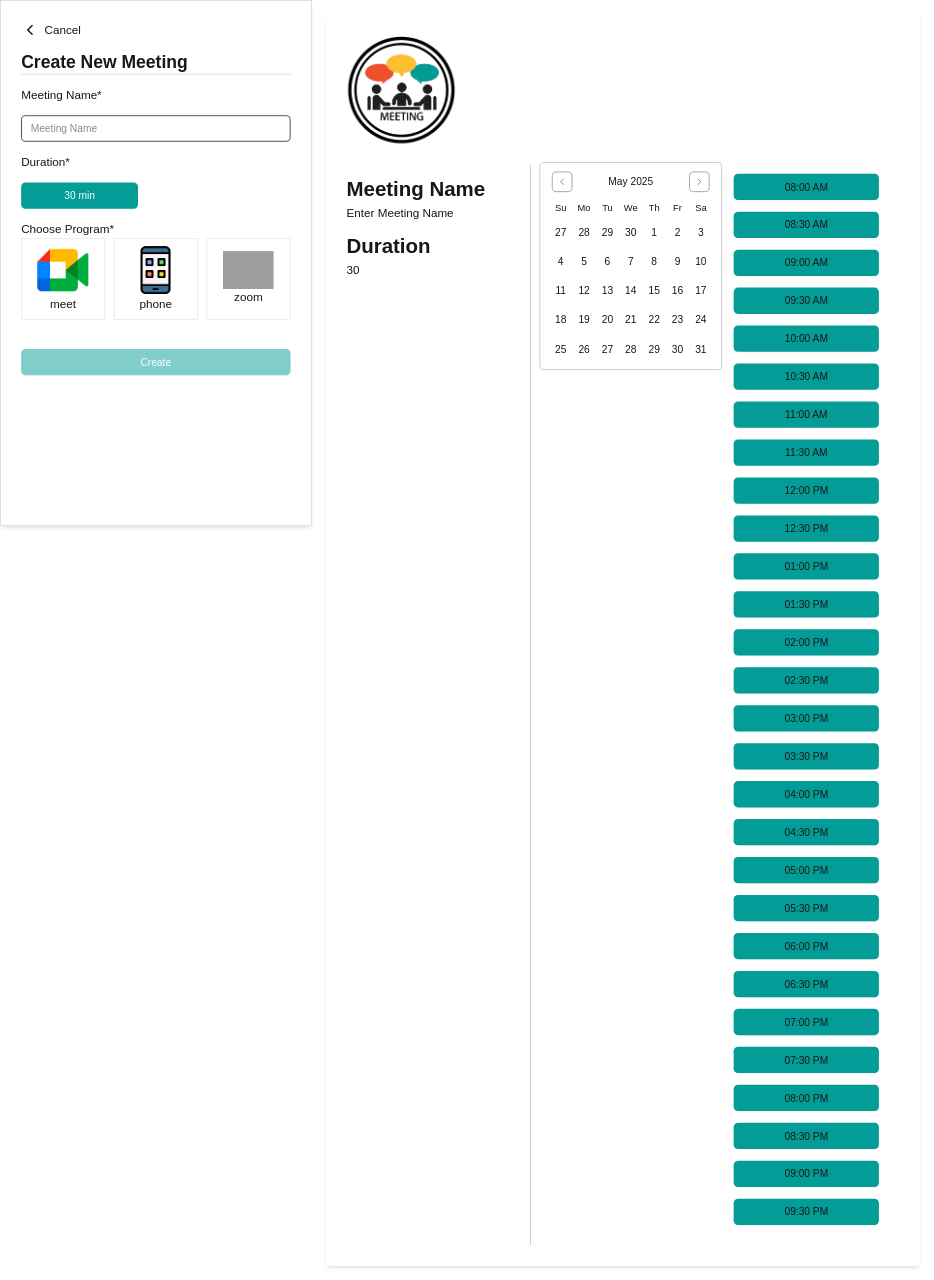
Repository: walaa-horani/scheduleMeetingNextjs
Page: /create-meeting
An editor plug-in stored every save of this project. The page is shown before and after the next save, followed by the edit.
The browser window is 1280 px wide. The pictures show the whole page, at 73% of full size.
Pictures or frames that could not be fetched are drawn as grey boxes. The project was rebuilt for these pictures with package versions that can differ from the ones it lists, and the page was loaded fresh each time. The framework's server and built-in components were replaced by stand-ins that run in the browser. Also part of the build but not shown: next.config.mjs.

Above is the page before, as saved 2025-05-28 21:59:12.

After the next save:
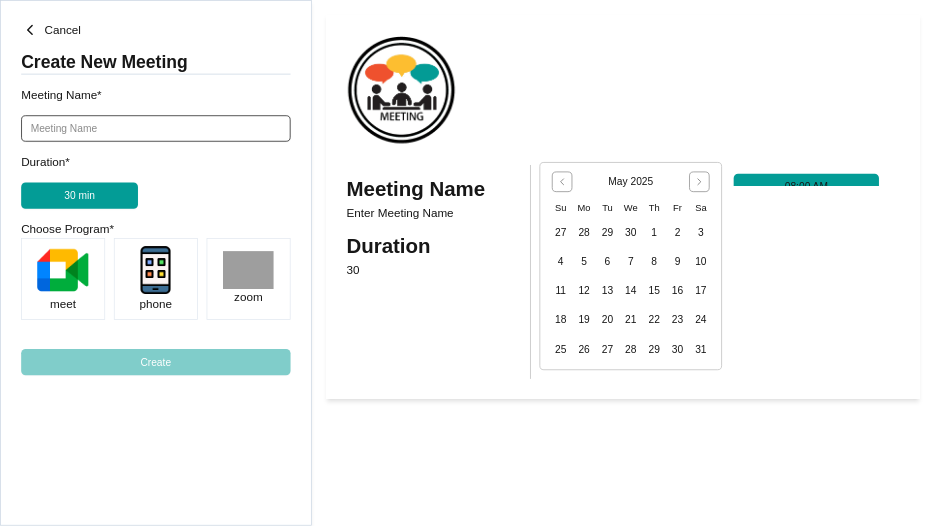
Saved 39 s later.
--- a/app/(routes)/create-meeting/PreviewMeeting.js
+++ b/app/(routes)/create-meeting/PreviewMeeting.js
@@ -73,7 +73,7 @@
             />
               </div>
 
-              <div className='flex flex-col p-4 overflow-auto gap-4 w-full '>
+              <div className=' h-6 flex flex-col p-4 overflow-auto gap-4 w-full '>
                 {timeSlotes?.map((item)=>(
                  <Button className="border-[#039b95] ">{item}</Button>
                 ))}
